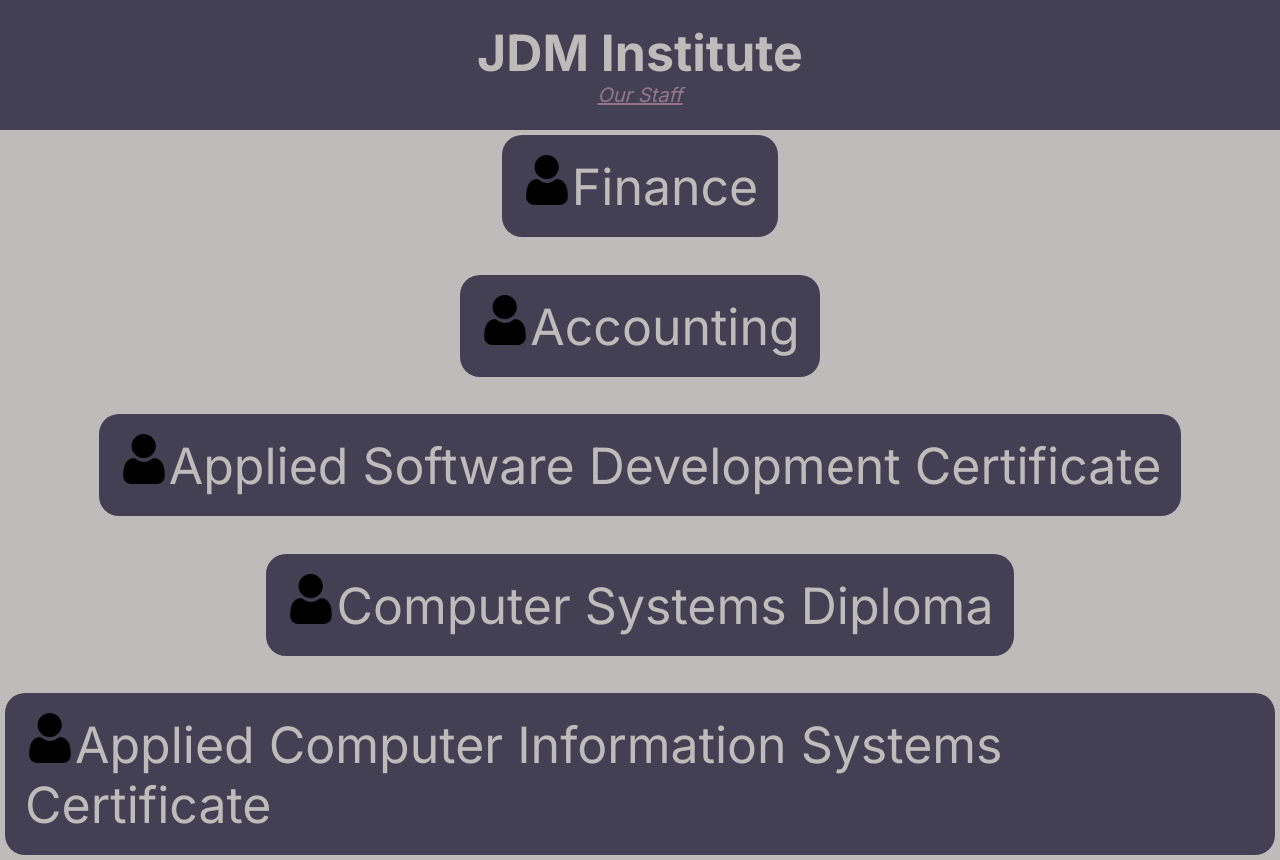
Repository: jennydmcm/class03practice
Page: /
These files come from the project's save history. The page is drawn as it stood at one moment and after the next save; the edit follows.
The browser window is 1280 px wide. The pictures show the whole page.
The project was rebuilt for these pictures with package versions that can differ from the ones it lists, and the page was loaded fresh each time. The framework's server and built-in components were replaced by stand-ins that run in the browser. Also part of the build but not shown: next.config.js.

Above is the page before, as saved 2023-01-25 12:35:03.

### pages/index.js
import Head from 'next/head'
import Image from 'next/image'
import { Inter } from '@next/font/google'
import styles from '@/styles/Home.module.css'
import data from '../data/education.json'
import { useState } from 'react'
import Card from '@/components/Card/index'
import Link from 'next/link'


const inter = Inter({ subsets: ['latin'] })

export default function Home() {
  const [information, setInformation] = useState([...data])

  return (
    <>
      <Head>
        <title>JDM Institute</title>
        <meta name="description" content="Generated by create next app" />
        <meta name="viewport" content="width=device-width, initial-scale=1" />
        <link rel="icon" href="/favicon.ico" />
      </Head>
      <main className={styles.main}>
        <div className={styles.navbar}>
          <div className={styles.navtitle}>JDM Institute</div>
          <div className={styles.navbutton}>
            <Link className={styles.link} href="about">Our Staff</Link>
          </div>
        </div>

      <div className={styles.cards}>
        {
          information && information.map((info, index) => {
            if(info.department.toLowerCase() === "business"){
              return (
                <Card
                  key={index}
                  degree={info.degree}
                  gpa={info.gpa}
                  colourCard="#FAC9B8"
                  colourInfo="#3FAC9B8"
                  font="50px"
                  fontColour="#132A13"

                />
              )
            }
          })
        }

        {
          information && information.map((info, index) => {
            if(info.department.toLowerCase() === "computing"){
              return (
                <Card
                  key={index}
                  degree={info.degree}
                  gpa={info.gpa}
                  colourCard="#FAC9B8"
                  colourInfo="#FAC9B8"
                  font="50px"
                  fontColour="#132A13"

                />
              )
            }
          })
        }
        </div>
      </main>
    </>
  )
      }

### styles/Home.module.css
.main {
  display: flex;
  flex-direction: column;
  justify-content: space-between;
  align-items: center;
  background-color: #BEBBBB;
}



.navbar{
  display: flex;
  flex-direction: column;
  width: 100%;
  height: 130px;
  background-color: #444054;
  justify-content: center;
  align-items: center;

}

.navtitle{
  font-size: 50px;
  font-weight: bold;
  font-family: 'Inter';
  color: #BEBBBB;
}
.link{
  font-size: 20px;
  font-family: 'Inter';
  color: #94778B;
  font-style: italic;
  text-decoration: underline;
}
.cards{
  display: flex;
  flex-direction: column;
  align-items: center;
  margin: 5px;
  gap: 20px;
  min-height: 100vh;
  background-color: #BEBBBB;
  justify-content: space-between;
  font-family: 'Inter';
  border-radius: 10px;
  color: #BEBBBB;
}


.description {
  display: inherit;
  justify-content: inherit;
  align-items: inherit;
  font-size: 1rem;
  max-width: var(--max-width);
  width: 100%;
  z-index: 2;
  font-family: var(--font-mono);
}

.description a {
  display: flex;
  justify-content: center;
  align-items: center;
  gap: 1rem;
}

.description p {
  position: relative;
  margin: 0;
  padding: 1rem;
  background-color: rgba(var(--callout-rgb), 0.5);
  border: 1px solid rgba(var(--callout-border-rgb), 0.3);
  border-radius: var(--border-radius);
}

.code {
  font-weight: 700;
  font-family: var(--font-mono);
}

.grid {
  display: grid;
  grid-template-columns: repeat(4, minmax(25%, auto));
  width: var(--max-width);
  max-width: 100%;
}

.card {
  padding: 1rem 1.2rem;
  border-radius: var(--border-radius);
  background: rgba(var(--card-rgb), 0);
  border: 1px solid rgba(var(--card-border-rgb), 0);
  transition: background 200ms, border 200ms;
}

.card span {
  display: inline-block;
  transition: transform 200ms;
}

.card h2 {
  font-weight: 600;
  margin-bottom: 0.7rem;
}

.card p {
  margin: 0;
  opacity: 0.6;
  font-size: 0.9rem;
  line-height: 1.5;
  max-width: 30ch;
}

.center {
  display: flex;
  justify-content: center;
  align-items: center;
  position: relative;
  padding: 4rem 0;
}

.center::before {
  background: var(--secondary-glow);
  border-radius: 50%;
  width: 480px;
  height: 360px;
  margin-left: -400px;
}

.center::after {
  background: var(--primary-glow);
  width: 240px;
  height: 180px;
  z-index: -1;
}

.center::before,
.center::after {
  content: '';
  left: 50%;
  position: absolute;
  filter: blur(45px);
  transform: translateZ(0);
}

.logo,
.thirteen {
  position: relative;
}

.thirteen {
  display: flex;
  justify-content: center;
  align-items: center;
  width: 75px;
  height: 75px;
  padding: 25px 10px;
  margin-left: 16px;
  transform: translateZ(0);
  border-radius: var(--border-radius);
  overflow: hidden;
  box-shadow: 0px 2px 8px -1px #0000001a;
}

.thirteen::before,
.thirteen::after {
  content: '';
  position: absolute;
  z-index: -1;
}

/* Conic Gradient Animation */
.thirteen::before {
  animation: 6s rotate linear infinite;
  width: 200%;
  height: 200%;
  background: var(--tile-border);
}

/* Inner Square */
.thirteen::after {
  inset: 0;
  padding: 1px;
  border-radius: var(--border-radius);
  background: linear-gradient(
    to bottom right,
    rgba(var(--tile-start-rgb), 1),
    rgba(var(--tile-end-rgb), 1)
  );
  background-clip: content-box;
}

/* Enable hover only on non-touch devices */
@media (hover: hover) and (pointer: fine) {
  .card:hover {
    background: rgba(var(--card-rgb), 0.1);
    border: 1px solid rgba(var(--card-border-rgb), 0.15);
  }

  .card:hover span {
    transform: translateX(4px);
  }
}

@media (prefers-reduced-motion) {
  .thirteen::before {
    animation: none;
  }

  .card:hover span {
    transform: none;
  }
}

/* Mobile */
@media (max-width: 700px) {
  .content {
    padding: 4rem;
  }

  .grid {
    grid-template-columns: 1fr;
    margin-bottom: 120px;
    max-width: 320px;
    text-align: center;
  }

  .card {
    padding: 1rem 2.5rem;
  }

  .card h2 {
    margin-bottom: 0.5rem;
  }

  .center {
    padding: 8rem 0 6rem;
  }

  .center::before {
    transform: none;
    height: 300px;
  }

  .description {
    font-size: 0.8rem;
  }

  .description a {
    padding: 1rem;
  }

  .description p,
  .description div {
    display: flex;
    justify-content: center;
    position: fixed;
    width: 100%;
  }

  .description p {
    align-items: center;
    inset: 0 0 auto;
    padding: 2rem 1rem 1.4rem;
    border-radius: 0;
    border: none;
    border-bottom: 1px solid rgba(var(--callout-border-rgb), 0.25);
    background: linear-gradient(
      to bottom,
      rgba(var(--background-start-rgb), 1),
      rgba(var(--callout-rgb), 0.5)
    );
    background-clip: padding-box;
    backdrop-filter: blur(24px);
  }

  .description div {
    align-items: flex-end;
    pointer-events: none;
    inset: auto 0 0;
    padding: 2rem;
    height: 200px;
    background: linear-gradient(
      to bottom,
      transparent 0%,
      rgb(var(--background-end-rgb)) 40%
    );
    z-index: 1;
  }
}

/* Tablet and Smaller Desktop */
@media (min-width: 701px) and (max-width: 1120px) {
  .grid {
    grid-template-columns: repeat(2, 50%);
  }
}

@media (prefers-color-scheme: dark) {
  .vercelLogo {
    filter: invert(1);
  }

  .logo,
  .thirteen img {
    filter: invert(1) drop-shadow(0 0 0.3rem #ffffff70);
  }
}

@keyframes rotate {
  from {
    transform: rotate(360deg);
  }
  to {
    transform: rotate(0deg);
  }
}

### data/education.json
[
        {
            "studentNumber": "A0004567",
            "firstName": "Person 1",
            "gpa": 3.8,
            "department": "Business",
            "degree": "Finance",
            "graduated": 2014
        },
        {
            "studentNumber": "A0001234",
            "firstName": "Person 2",
            "gpa": 3.5,
            "department": "Business",
            "degree": "Accounting",
            "graduated": 2010
        },
        {
            "studentNumber": "A0007890",
            "firstName": "Person 3",
            "gpa": 3.2,
            "department": "Computing",
            "degree": "Applied Software Development Certificate",
            "graduated": 2018
        },
        {
            "studentNumber": "A0007828",
            "firstName": "Person 4",
            "gpa": 3.9,
            "department": "Computing",
            "degree": "Computer Systems Diploma",
            "graduted": 2021
        },
        {
            "studentNumber": "A0003425",
            "firstName": "Person 5",
            "gpa": 3.2,
            "department": "Computing",
            "degree": "Applied Computer Information Systems Certificate",
            "graduated": 2021
        }
]

### components/Card/index.js
export default function Card({
    degree="none",
    colour="#444054",
    font="0",
    image="icon/personTwo.png",

}) {
    return(
        <div style={{
            backgroundColor: colour,
            fontSize:font,
            padding:"20px",
            borderRadius:"20px"



            }}>
            {
                colour === "#94778B" ?    <img src={'icon/person.png'} width='50'/> :
                colour === "#94778B" ?   <img src={'icon/personThree.png'} width='50'/> :
                                    <img src={image} width='50'/>
            }
            {degree}
        </div>
    )
}

Loaded but not shown: pages/_app.js (common file); pages/_document.js (common file); styles/globals.css (common file)

After the next save:
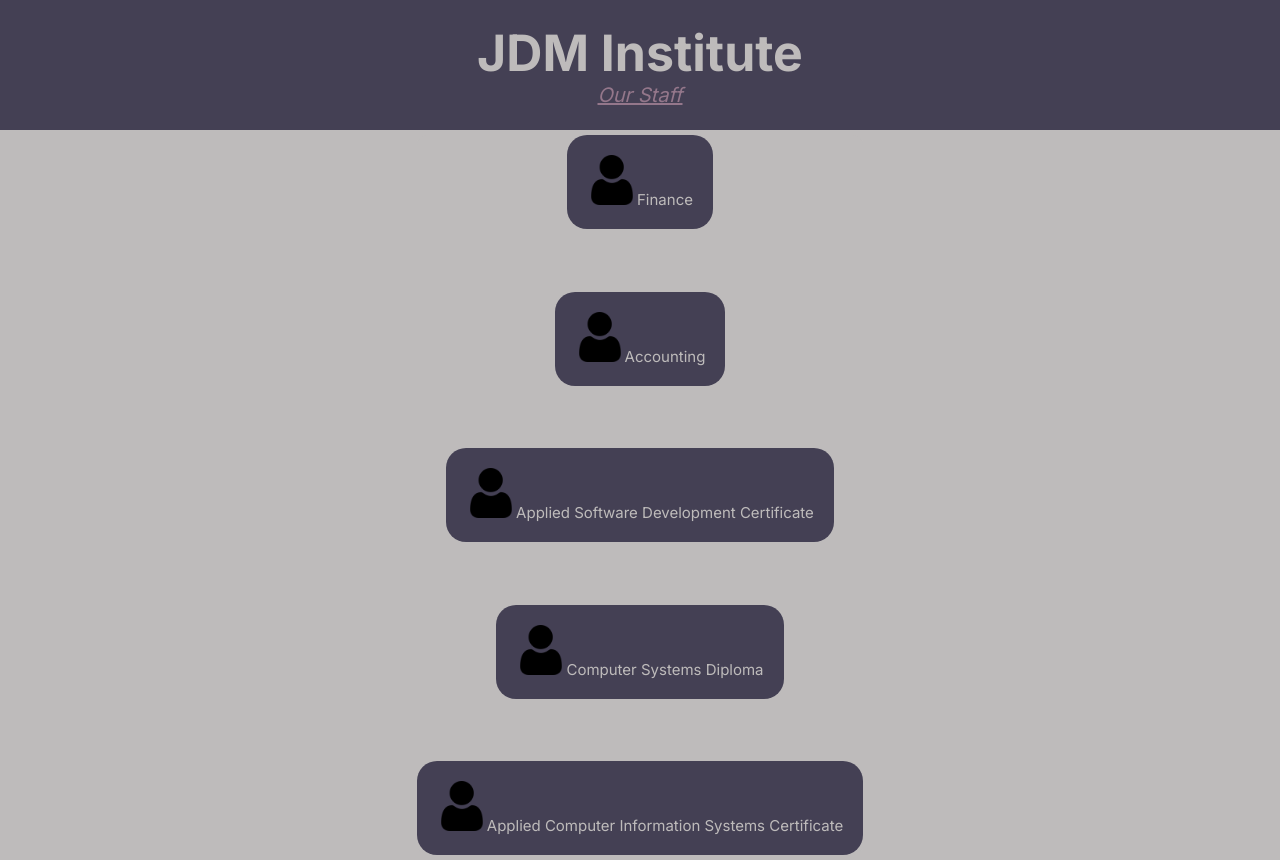
Saved 12 s later.
--- a/components/Card/index.js
+++ b/components/Card/index.js
@@ -8,9 +8,10 @@ export default function Card({
     return(
         <div style={{
             backgroundColor: colour,
-            fontSize:font,
+            fontSize:"15px",
             padding:"20px",
             borderRadius:"20px"
+
 
 
 
